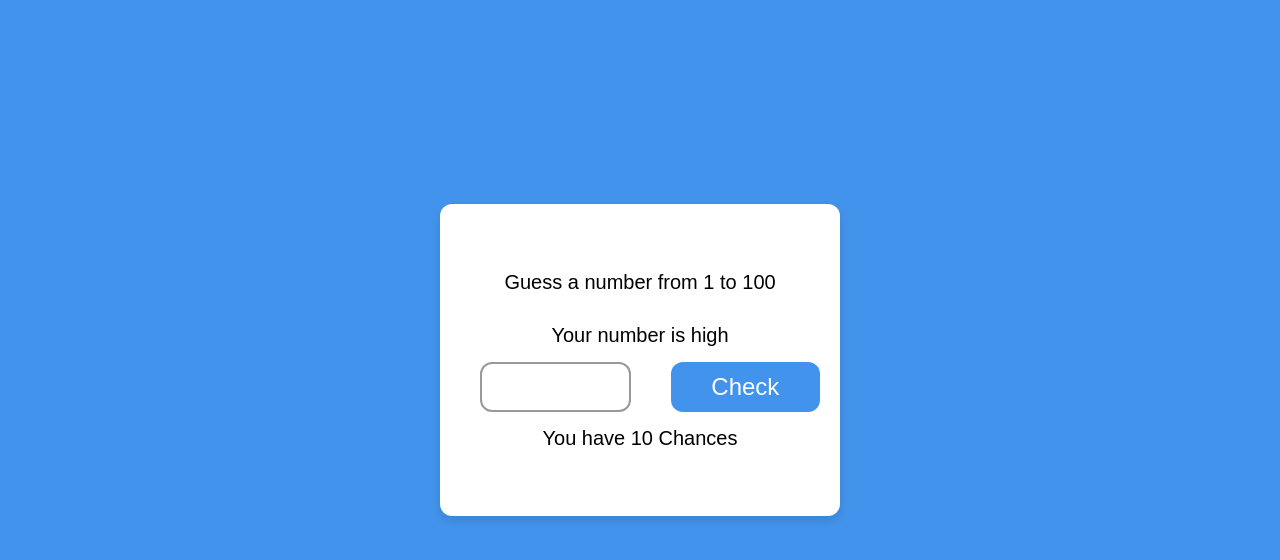
Repository: Ankitkr2021/Guess_Game
Page: index.html
The author's editor kept a copy of each file at every save. The page is drawn from the files as they stood at one save, then again after the next save.
The browser window is 1280 px wide. The pictures show the whole page.

Above is the page before, as saved 2025-09-30 18:07:38.
Console error: SyntaxError: Missing initializer in const declaration

After the next save:
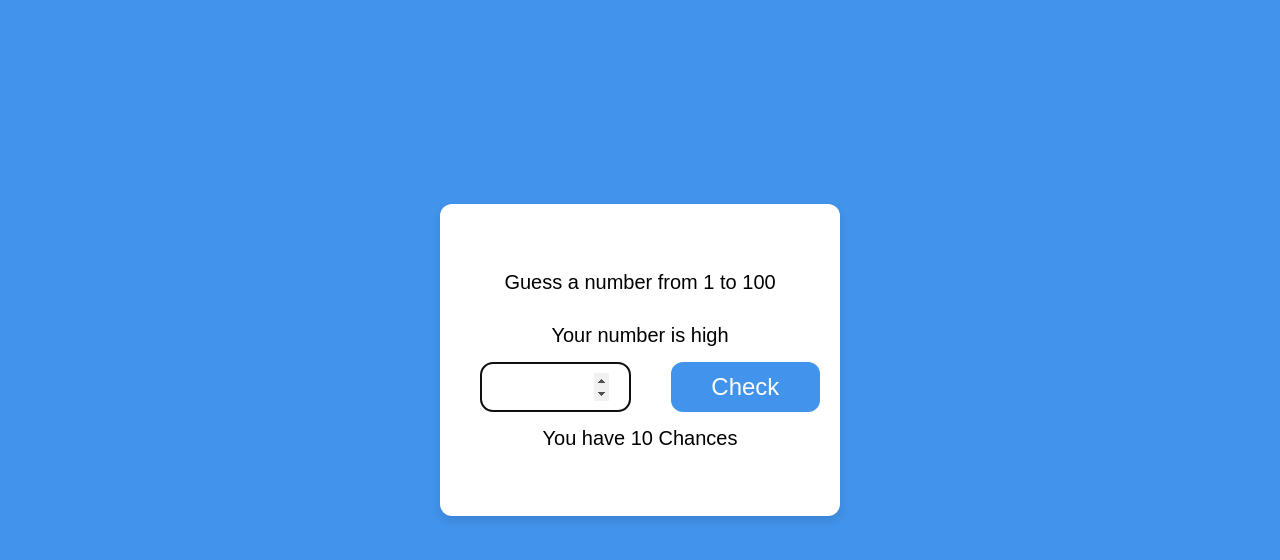
The error is gone.
Saved 47 s later.
--- a/main.js
+++ b/main.js
@@ -1,4 +1,10 @@
 const input = document.querySelector("input"),
     guess = document.querySelector(".guess"),
     checkButton = document.querySelector("button"),
-    r
+    remainChances = document.querySelector(".chances");
+
+input.focus();
+
+let randomNum = Math.floor(Math.random * 100);
+chance =
+console.log()
